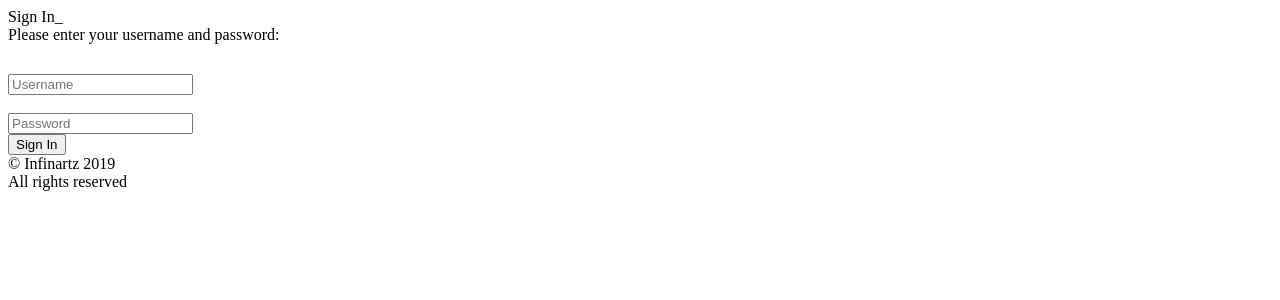
Repository: Sonalitanika/Assigment_IT17048842
Page: Lab09/WebContent/Login.html
These files come from the project's save history. The page is drawn as it stood at one moment and after the next save; the edit follows.
The browser window is 1280 px wide. The pictures show the whole page.

Above is the page before, as saved 2019-05-25 16:42:20.

### Lab09/WebContent/Login.html
<!DOCTYPE html>
<html>
<head>
<meta charset="utf-8">
<title>Login</title>
<script type="text/javascript" src="js/jquery-3.4.1.min.js"></script>
</head>
<body>
 <!--body area-->
    <div>

        <!--header area-->
        <div class="header">

            <!--header inner area-->
            <div class="header_inner_area_other">


                <!--header image area-->
                <div class="header_image_other">
                    Sign In_
                </div>
            </div>
        </div>

        <!--content area-->
        <div class="content">

            <!--inner_content_1 area-->
            <div class="inner_content_1">

                <div class="text-center content_area">Please enter your username and password:</div>

                <div class="text-center" style="margin-top: 30px">
                    <form name="signin" method="post" action="Login">
                        <input type="text" name="username" placeholder="Username" class="input_style1"><br><br>
                        <input type="password" name="password" placeholder="Password" class="input_style1"><br>

                        <div class="text-center content_area">

                        </div>

                        <button type="submit" class="form_button">Sign In</button>
                    </form>
                </div>

            </div>

            <!--inner_content_2 area-->
            <div class="inner_content_2">

            </div>
        </div>

        <!--footer area-->
        <div class="footer">

            <!--footer inner area-->
            <div class="footer_inner_area">

                <!-- footer row 2 -->
                <div class="footer_row">
                    <!-- footer column -->
                    <div class="r2_c">
                        © Infinartz 2019<br>
                        All rights reserved
                    </div>
                </div>
            </div>

        </div>
    </div>
</body>
</html>

Loaded but not shown: Lab09/WebContent/js/jquery-3.4.1.min.js (library)

After the next save:
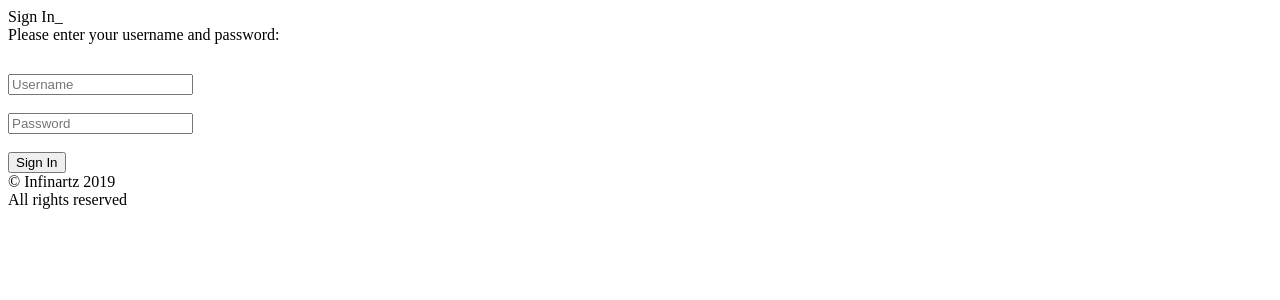
Saved 15 s later.
--- a/Lab09/WebContent/Login.html
+++ b/Lab09/WebContent/Login.html
@@ -34,7 +34,7 @@
                 <div class="text-center" style="margin-top: 30px">
                     <form name="signin" method="post" action="Login">
                         <input type="text" name="username" placeholder="Username" class="input_style1"><br><br>
-                        <input type="password" name="password" placeholder="Password" class="input_style1"><br>
+                        <input type="password" name="password" placeholder="Password" class="input_style1"><br><br>
 
                         <div class="text-center content_area">
 
